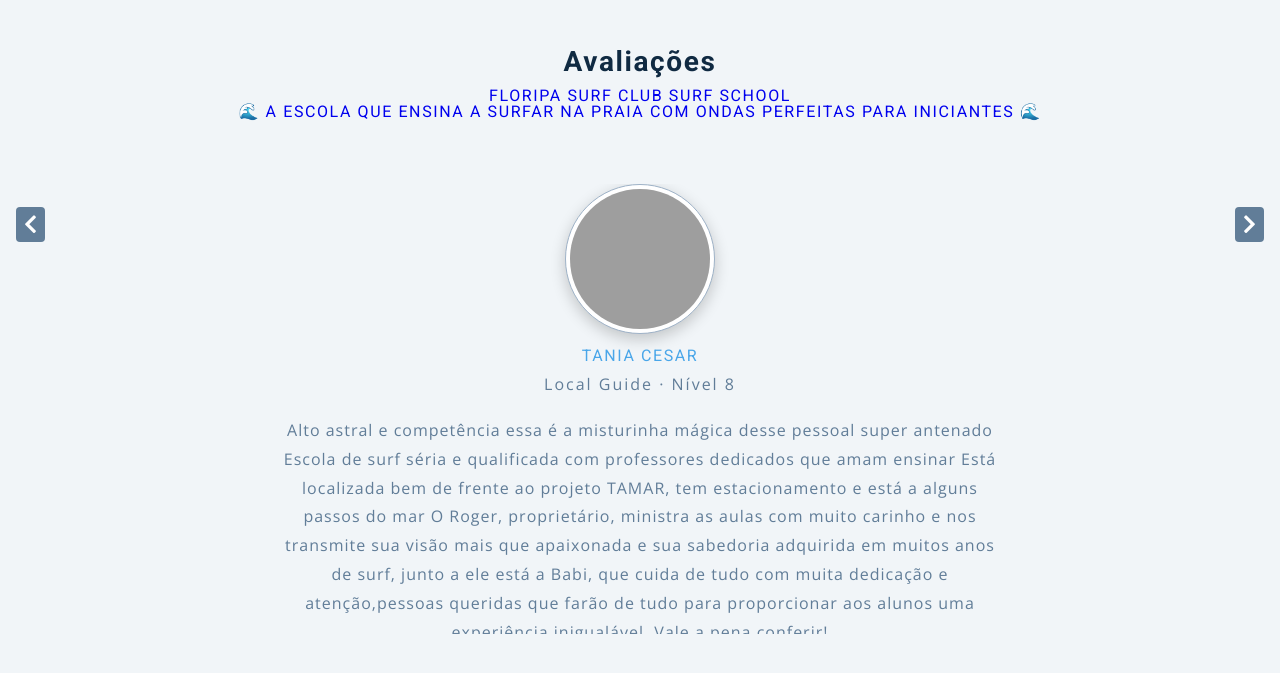
Repository: araguaci/floripasurfclub-reviews
Page: index.html
An editor plug-in stored every save of this project. The page is shown before and after the next save, followed by the edit.
The browser window is 1280 px wide. The pictures show the whole page.
Pictures or frames that could not be fetched are drawn as grey boxes. Some web libraries are served in a nearby version.

Above is the page before, as saved 2021-08-23 20:48:34.

After the next save:
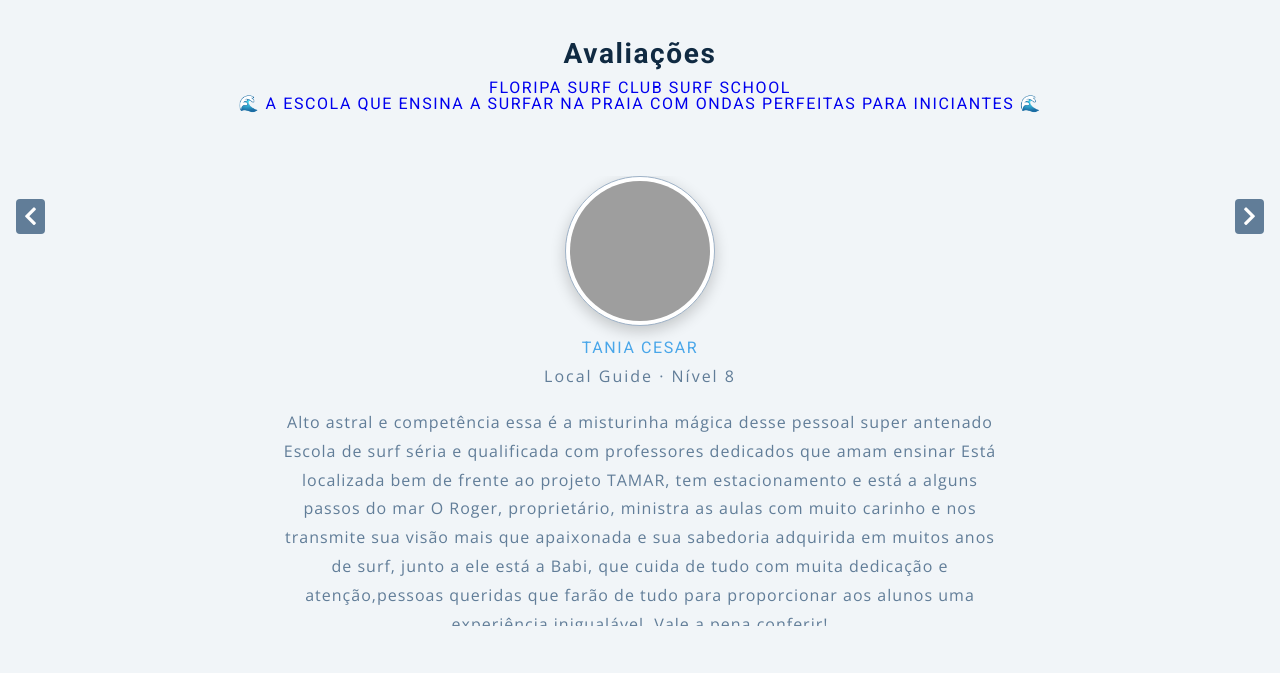
Saved 13 s later.
--- a/styles.css
+++ b/styles.css
@@ -153,7 +153,7 @@
 section {
   width: 85vw;
   margin: 0 auto;
-  margin-top: 2rem;
+  margin-top: 1.5rem;
   text-align: center;
   padding: 1rem 0;
   /* set relative for buttons */
